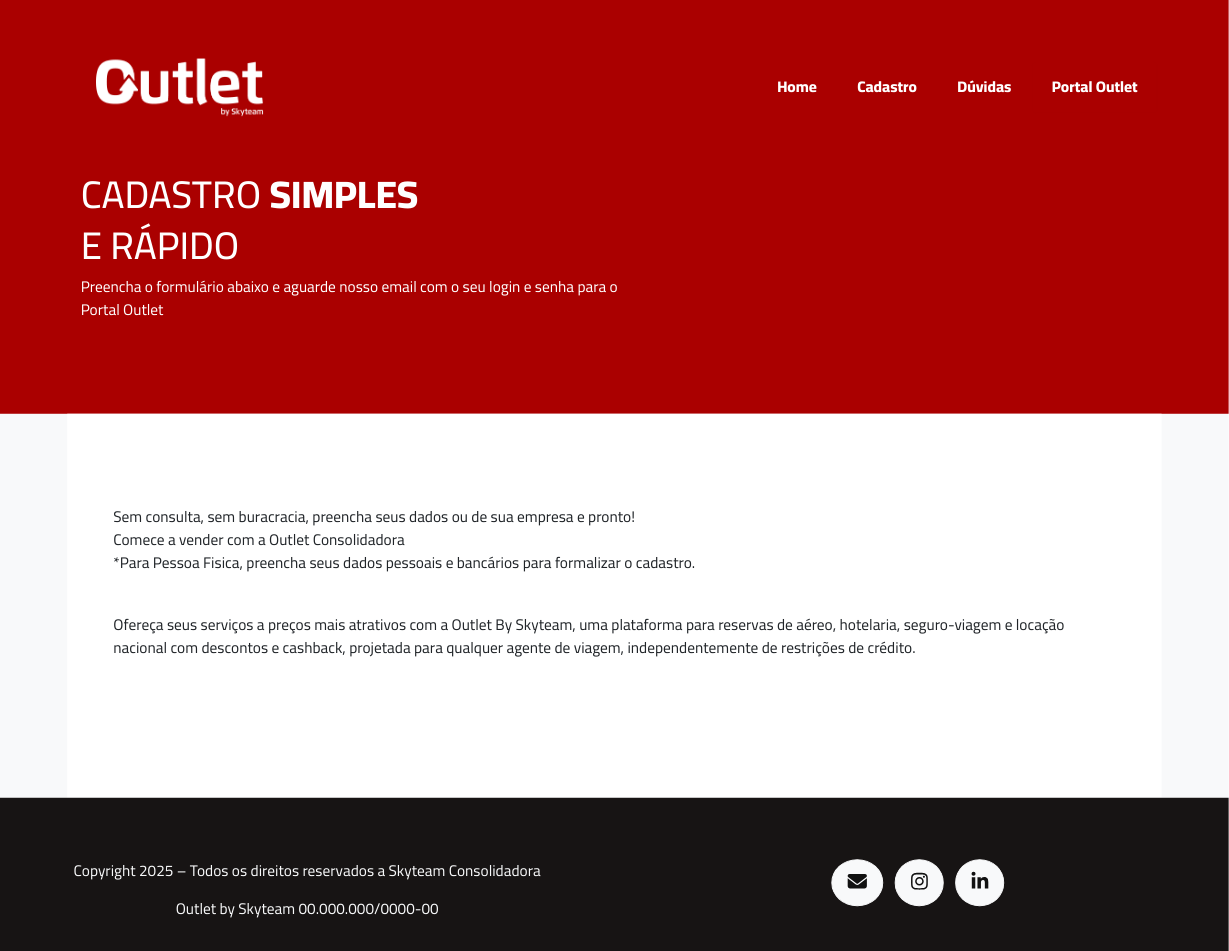
Repository: SkyTeam-Dev/Outlet_Site
Page: Site/Template_Page.html
These files come from the project's save history. The page is drawn as it stood at one moment and after the next save; the edit follows.
The browser window is 1280 px wide. The pictures show the whole page, at 96% of full size.
Some web libraries are served in a nearby version.

Above is the page before, as saved 2025-03-25 15:10:41.

After the next save:
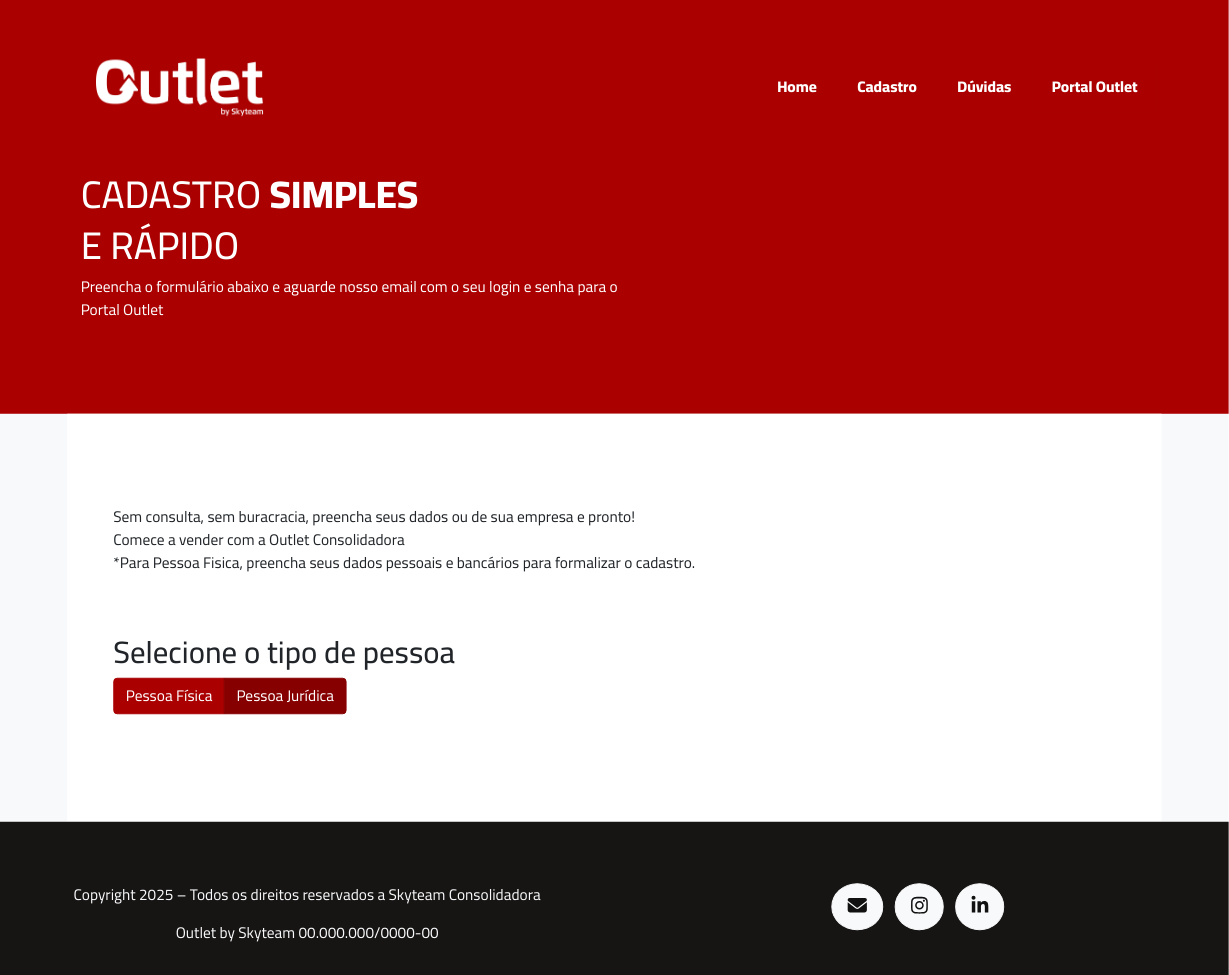
Saved 6 min 24 s later.
--- a/Site/Template_Page.html
+++ b/Site/Template_Page.html
@@ -204,7 +204,8 @@
                     </button>
 
                     <!-- Itens de navegação -->
-                    <div class="text-center justify-content-end align-items-center collapse navbar-collapse" id="navbarNav">
+                    <div class="text-center justify-content-end align-items-center collapse navbar-collapse"
+                        id="navbarNav">
                         <ul class="navbar-nav ">
                             <!-- Ajuste as rotas conforme necessidade -->
                             <li class="nav-item btn font-weight-bold">
@@ -271,18 +272,63 @@
                             <ul class="list-unstyled">
                                 <li>Sem consulta, sem buracracia, preencha seus dados ou de sua empresa e pronto!</li>
                                 <li>Comece a vender com a Outlet Consolidadora</li>
-                                <li>*Para Pessoa Fisica, preencha seus dados pessoais e bancários para formalizar o cadastro.</li>
-                              </ul>
-                            <br />
-                            <p class="mb-5">
-                                Ofereça seus serviços a preços mais atrativos com a Outlet By Skyteam, uma
-                                plataforma
-                                para
-                                reservas de aéreo, hotelaria, seguro-viagem e locação nacional com descontos e
-                                cashback,
-                                projetada para qualquer agente de viagem, independentemente de restrições de
-                                crédito.
-                            </p>
+                                <li>*Para Pessoa Fisica, preencha seus dados pessoais e bancários para formalizar o
+                                    cadastro.</li>
+                            </ul>
+                        </div>
+
+                        <div class="col-xl-12 col-lg-12 col-md-12 col-sm-12 mt-5">
+                            <form action="#" class="" name="Cadastro-Outlet">
+
+
+                                <h2>Selecione o tipo de pessoa</h2>
+                                <div class="btn-group mb-3" role="group" aria-label="Tipo de Pessoa">
+                                    <button id="btnPF" type="button" class="btn btn-primary">Pessoa Física</button>
+                                    <button id="btnPJ" type="button" class="btn btn-secondary">Pessoa Jurídica</button>
+                                </div>
+
+                                <!-- Formulário para Pessoa Física -->
+                                <div id="formPF" style="display: none;">
+                                    <h3>Formulário Pessoa Física</h3>
+                                    <form>
+                                        <div class="form-group">
+                                            <label for="nome">Nome Completo</label>
+                                            <input type="text" class="form-control" id="nome"
+                                                placeholder="Digite seu nome completo">
+                                        </div>
+                                        <div class="form-group">
+                                            <label for="cpf">CPF</label>
+                                            <input type="text" class="form-control" id="cpf"
+                                                placeholder="Digite seu CPF">
+                                        </div>
+                                        <!-- Adicione outros campos conforme necessário -->
+                                        <button type="submit" class="btn btn-success">Enviar</button>
+                                    </form>
+                                </div>
+
+
+
+                                <!-- Formulário para Pessoa Jurídica -->
+                                <div id="formPJ" style="display: none;">
+                                    <h3>Formulário Pessoa Jurídica</h3>
+                                    <form>
+                                        <div class="form-group">
+                                            <label for="razao">Razão Social</label>
+                                            <input type="text" class="form-control" id="razao"
+                                                placeholder="Digite a razão social">
+                                        </div>
+                                        <div class="form-group">
+                                            <label for="cnpj">CNPJ</label>
+                                            <input type="text" class="form-control" id="cnpj"
+                                                placeholder="Digite o CNPJ">
+                                        </div>
+                                        <!-- Adicione outros campos conforme necessário -->
+                                        <button type="submit" class="btn btn-success">Enviar</button>
+                                    </form>
+                                </div>
+
+
+                            </form>
 
                         </div>
 
